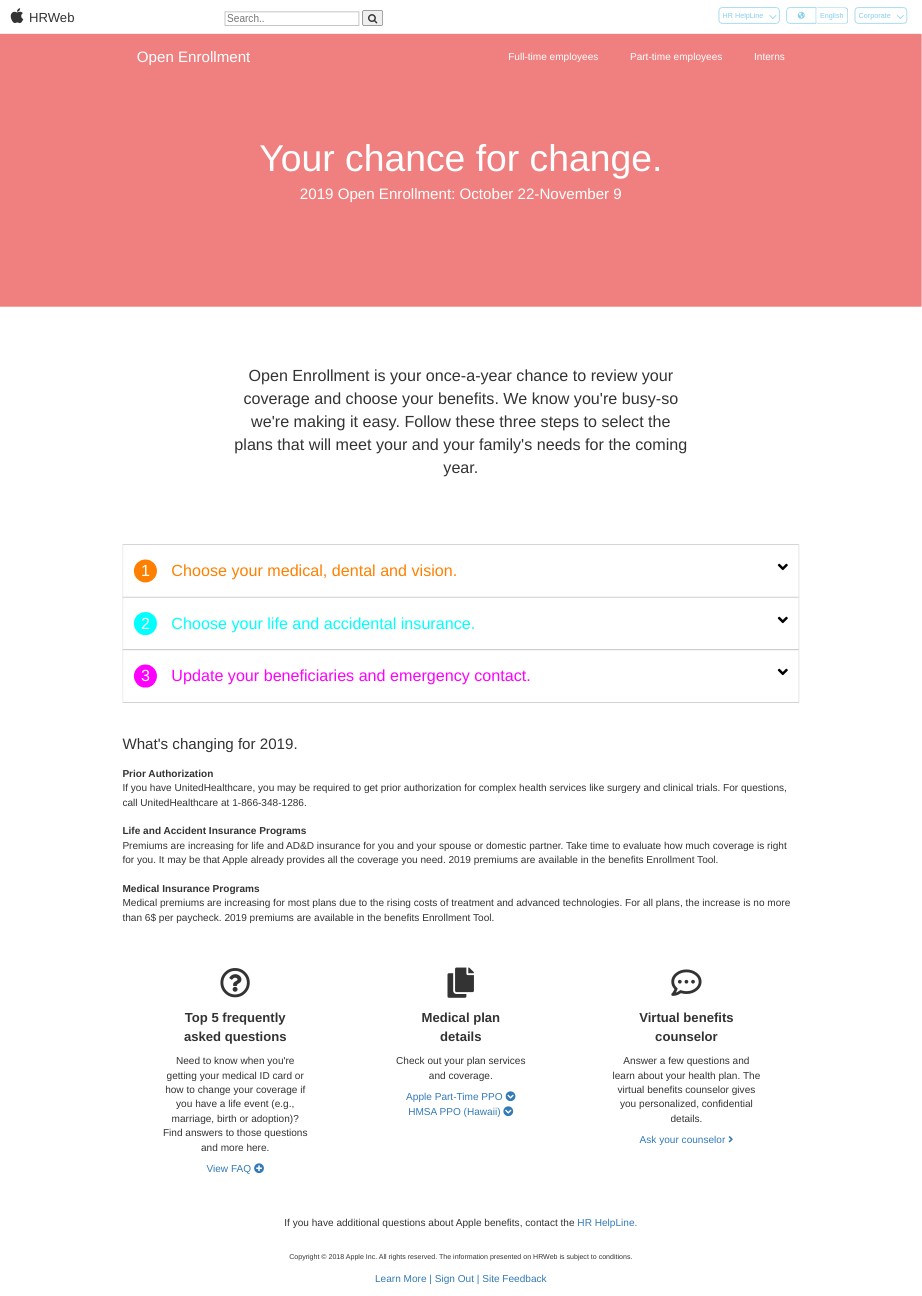
Repository: rmcc0724/templates
Page: index.html
The author's editor kept a record of every edit. The page is drawn from the files as they stood at one moment, then again after the next edit.
The browser window is 1280 px wide. The pictures show the whole page, at 72% of full size.
Some web libraries are served in a nearby version.

Above is the page before.

After the next edit:
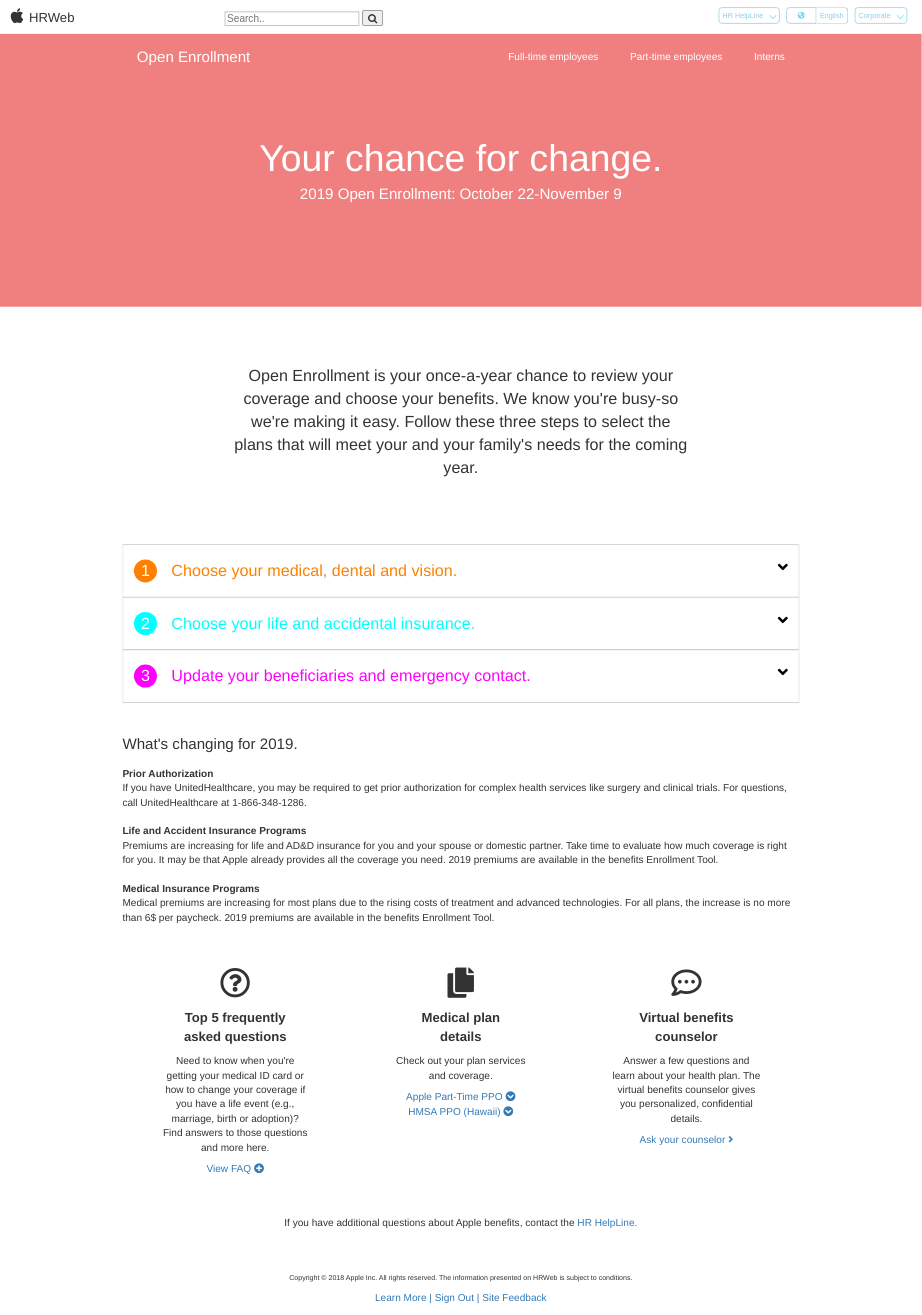
The edit:
--- a/css/responsive.css
+++ b/css/responsive.css
@@ -256,6 +256,14 @@
 p.copyright {
     font-size: .7em;
 }
+
+p.text-center.questions {
+    margin-bottom: 60px;
+}
+
+footer ul {
+    margin-top: 0;
+}
 }
 
 @media screen and (min-width: 950px) {
